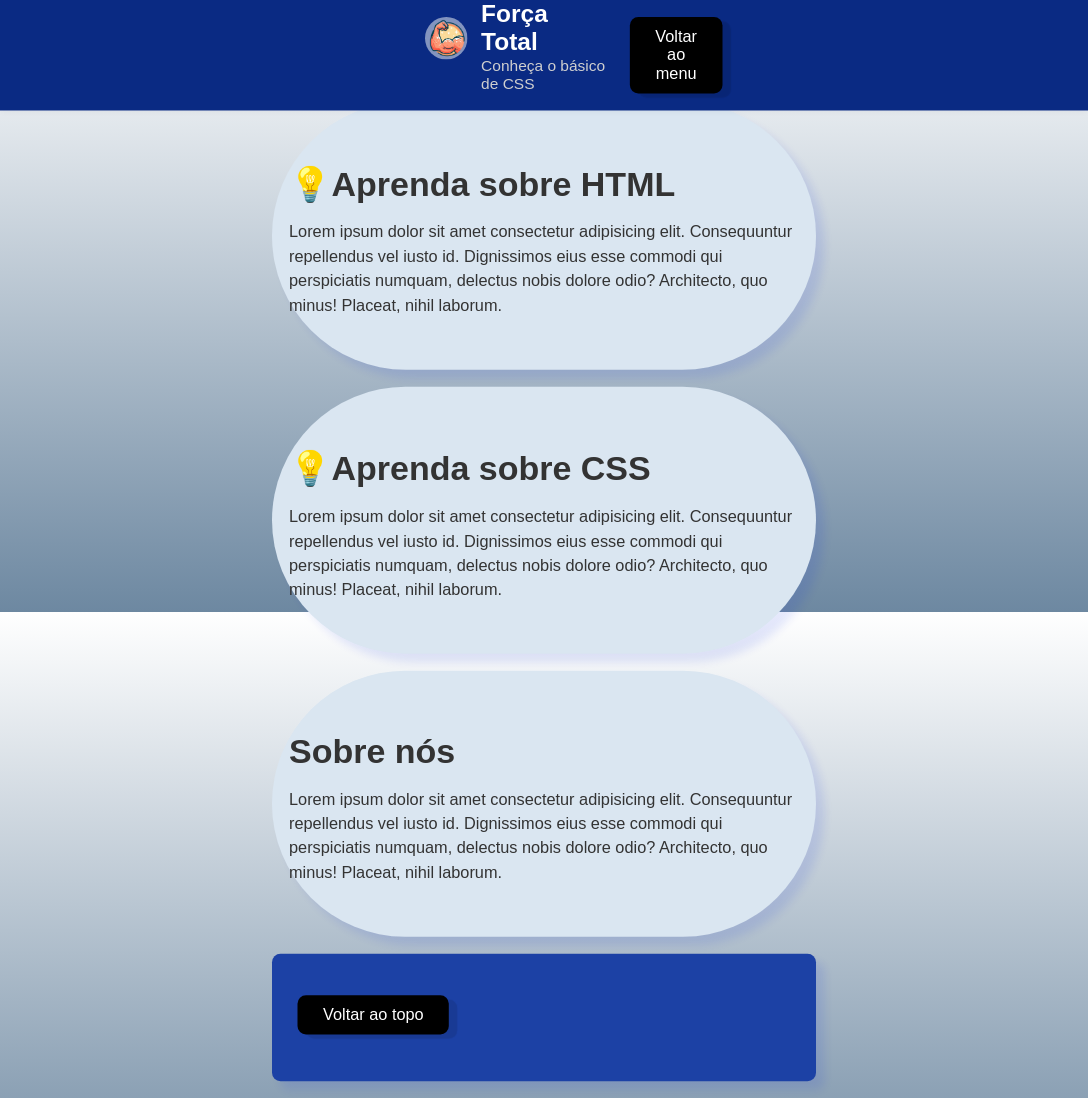
Repository: LuidyOn/Site_Forca_Total
Page: ForçaTotal/paginas/outros.html
These files come from the project's save history. The page is drawn as it stood at one moment and after the next save; the edit follows.
The browser window is 1280 px wide. The pictures show the whole page, at 85% of full size.
Backgrounds fixed to the window are drawn as part of the page.

Above is the page before, as saved 2025-05-22 20:43:15.

After the next save:
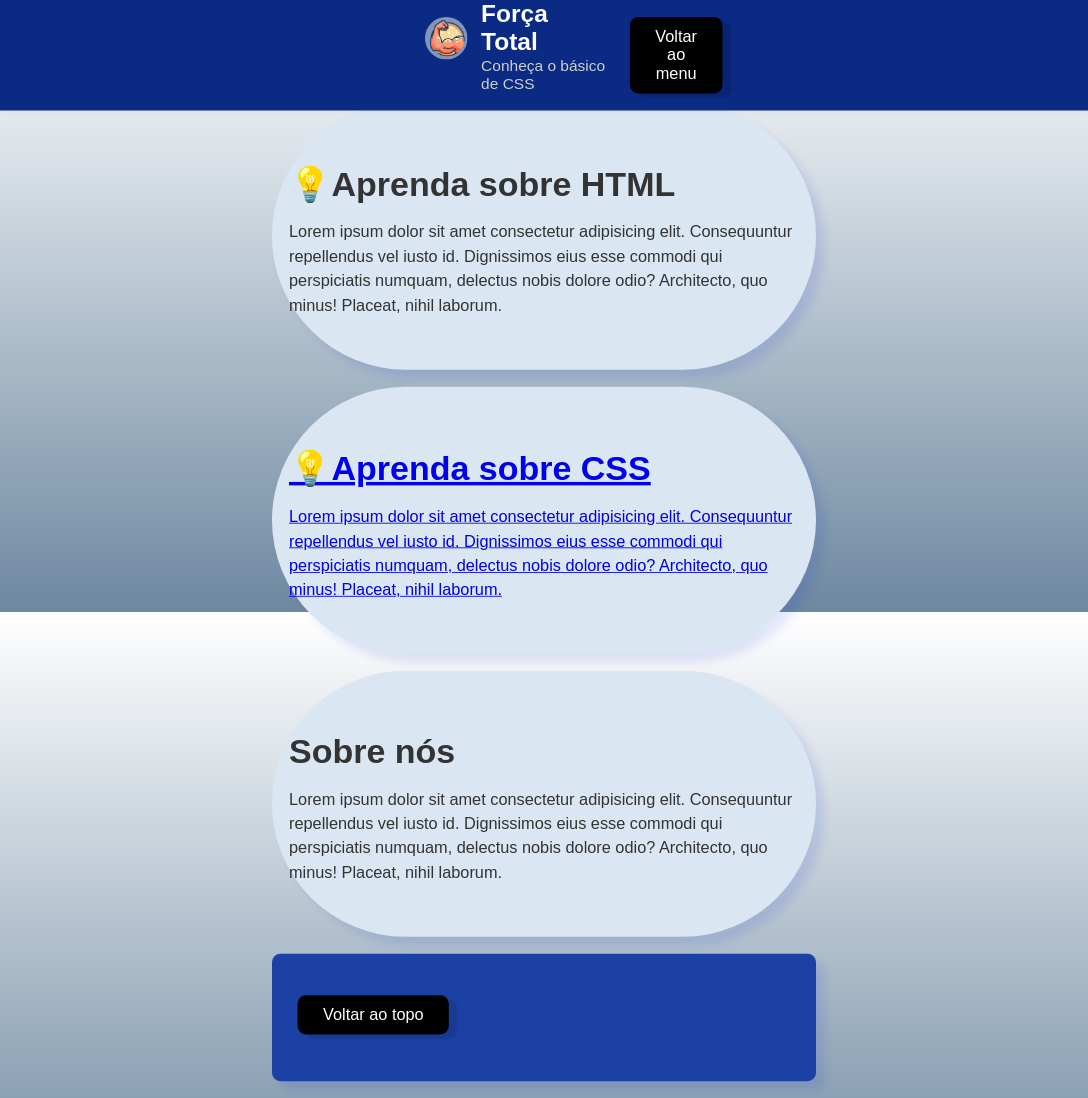
Saved 70 s later.
--- a/ForçaTotal/paginas/outros.html
+++ b/ForçaTotal/paginas/outros.html
@@ -31,7 +31,7 @@
 </a>
 </section>
 
-<a href="sobrecss.html" style="text-decoration: none; color: inherit;">
+<a href="sobrecss.html" >
   <section class="clicavel-section">
     <h1>💡Aprenda sobre CSS</h1>
     <p>Lorem ipsum dolor sit amet consectetur adipisicing elit. Consequuntur repellendus vel iusto id. Dignissimos eius esse commodi qui perspiciatis numquam, delectus nobis dolore odio? Architecto, quo minus! Placeat, nihil laborum.</p>

After the save that followed:
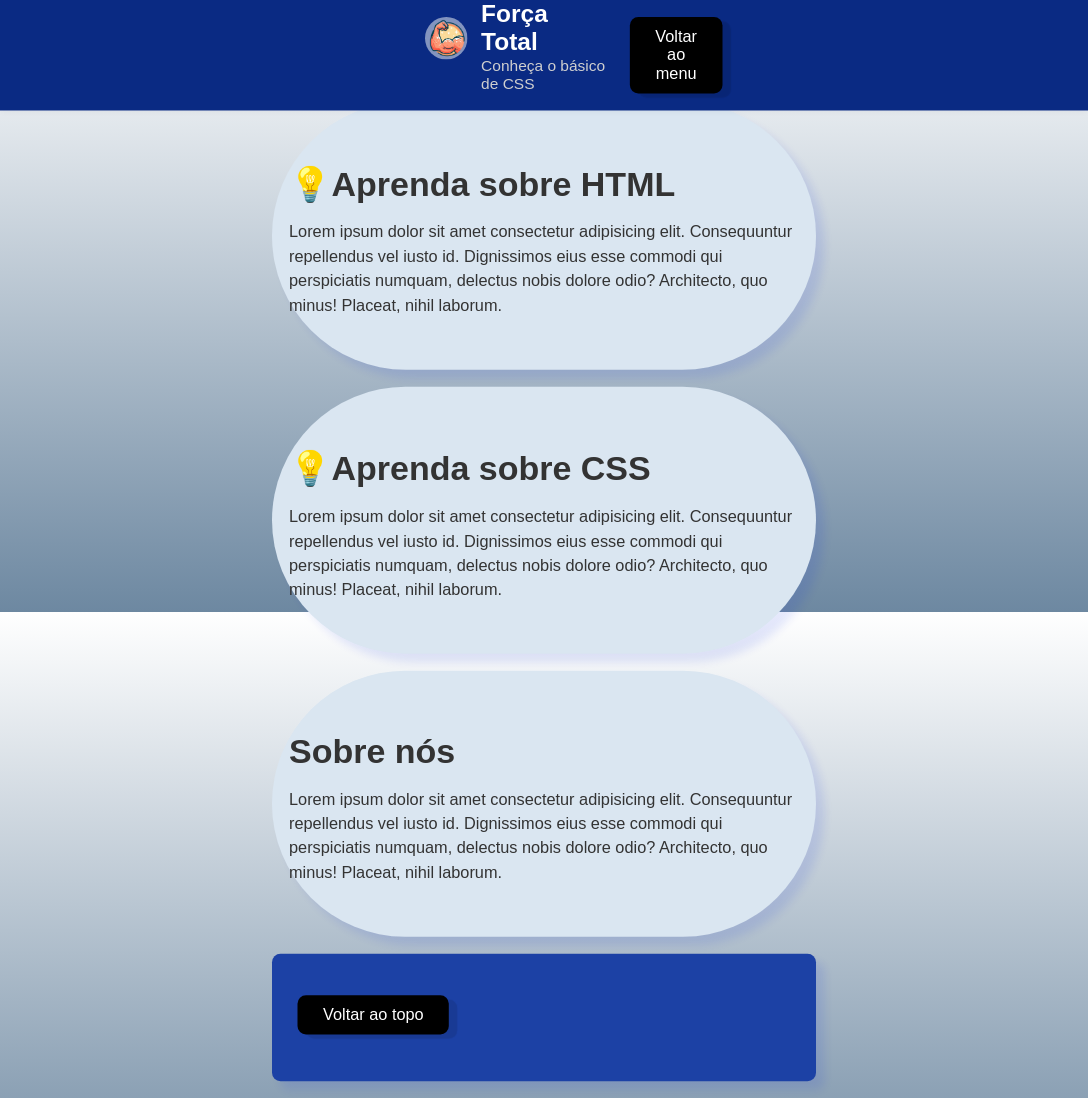
Saved 5 s later.
--- a/ForçaTotal/paginas/outros.html
+++ b/ForçaTotal/paginas/outros.html
@@ -31,7 +31,7 @@
 </a>
 </section>
 
-<a href="sobrecss.html" >
+<a href="sobrecss.html" style="text-decoration: none; color: inherit;">
   <section class="clicavel-section">
     <h1>💡Aprenda sobre CSS</h1>
     <p>Lorem ipsum dolor sit amet consectetur adipisicing elit. Consequuntur repellendus vel iusto id. Dignissimos eius esse commodi qui perspiciatis numquam, delectus nobis dolore odio? Architecto, quo minus! Placeat, nihil laborum.</p>
